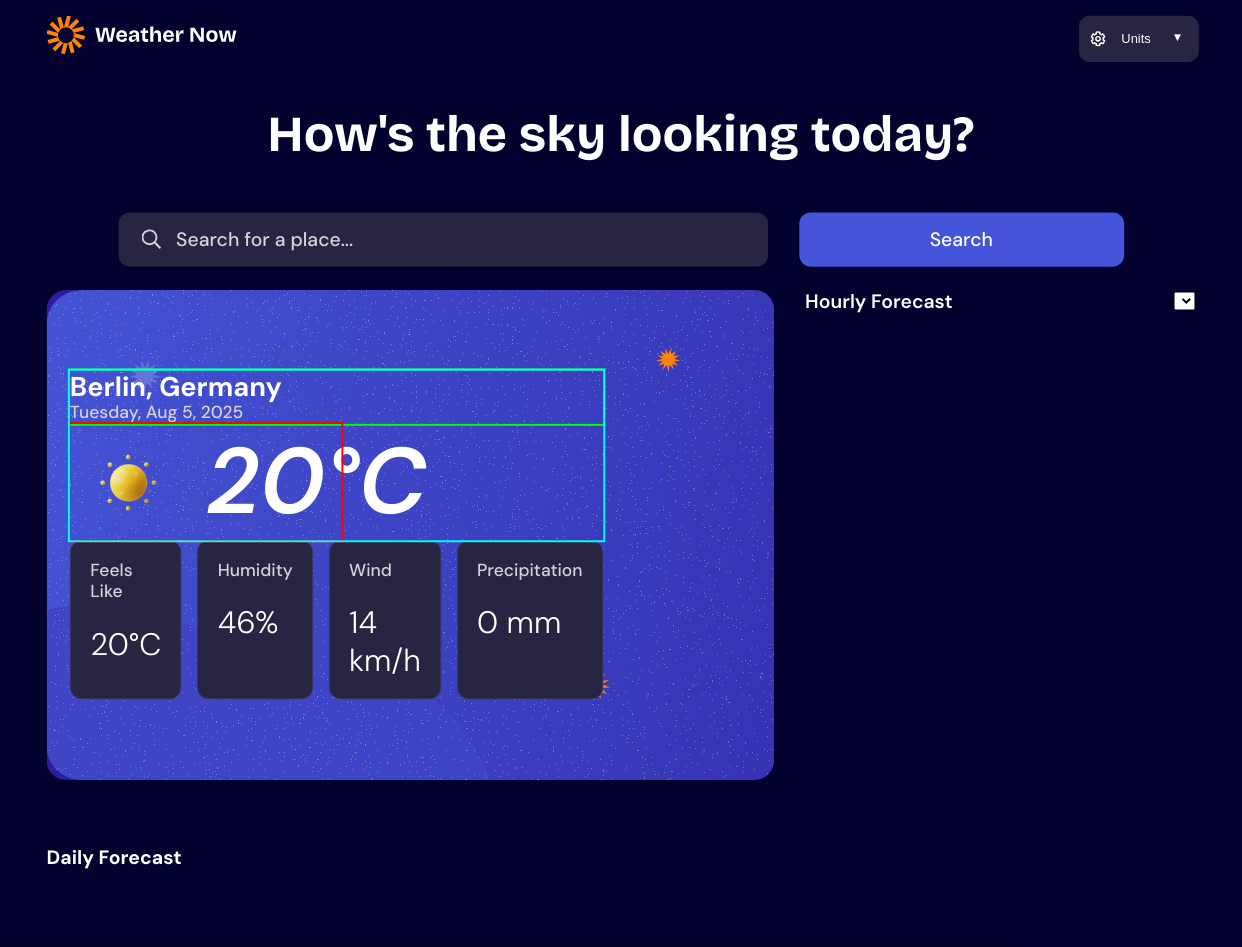
Repository: MKwaak/weather-app-main
Page: index.html
An editor plug-in stored every save of this project. The page is shown before and after the next save, followed by the edit.
The browser window is 1280 px wide. The pictures show the whole page, at 97% of full size.
The page's requests for data from a server got no answer.

Above is the page before, as saved 2026-01-29 00:28:59.

After the next save:
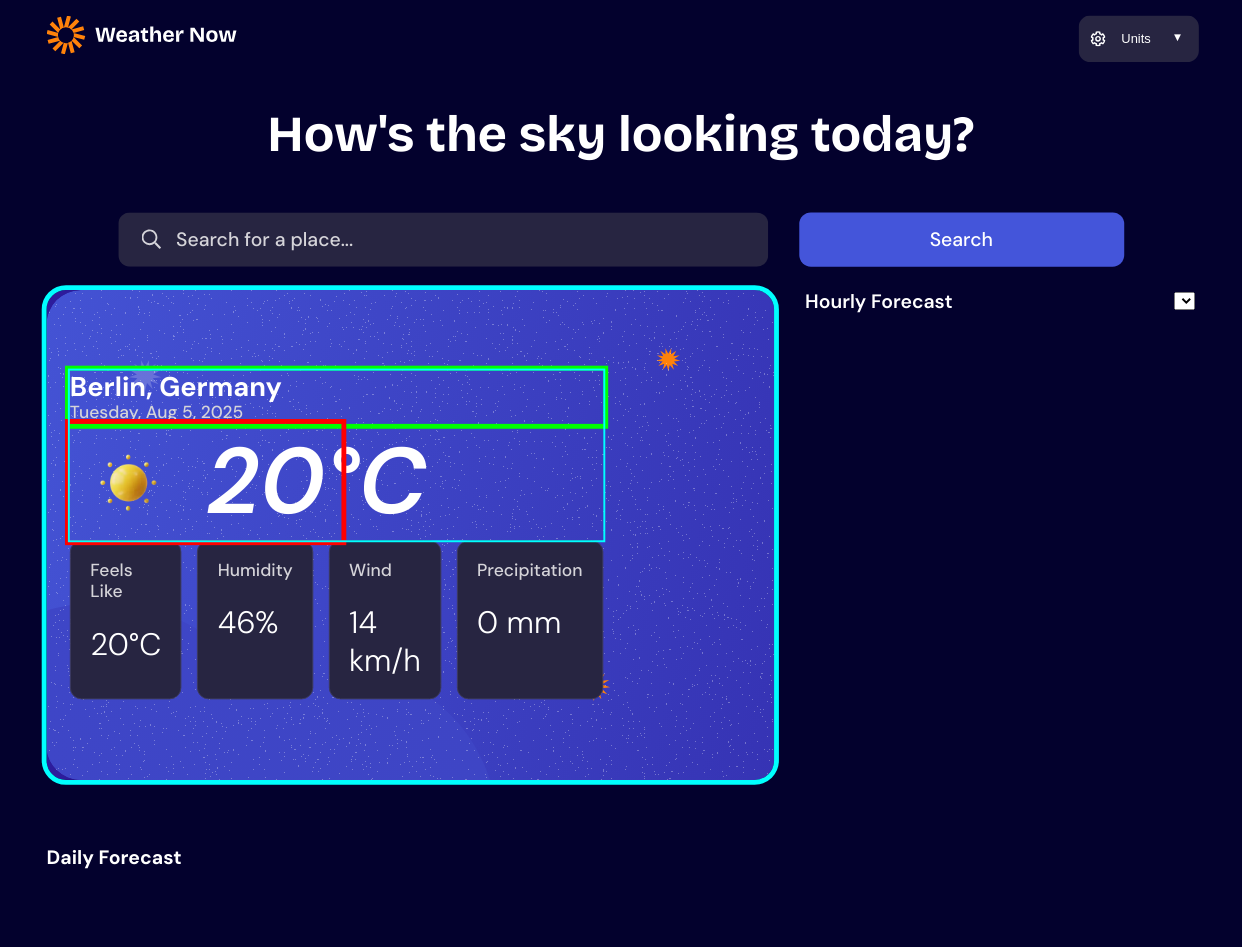
Saved 6 min 31 s later.
--- a/style.css
+++ b/style.css
@@ -410,6 +410,7 @@
 
     .current__weather {
       /* --- Standaard styles (Mobile First) --- */
+      outline: 5px solid cyan !important; /* Maak ze even lekker dik */
       display: flex;
       flex-direction: column;
       gap: 16px;
@@ -438,6 +439,7 @@
       }
 
       .current__location {
+        outline: 5px solid lime !important; /* Maak ze even lekker dik */
         min-width: 0; /* Voorkomt dat lange namen de bak oprekken */
         width: 100%; /* Dwingt de container op de grid-breedte */
         overflow: hidden; /* Voor de zekerheid */
@@ -472,6 +474,7 @@
 
     .current__info {
       /* Deze container zit nu in de kolom van 280px. */
+      outline: 5px solid red !important; /* Maak ze even lekker dik */
       display: flex;
       align-items: center;
       gap: 20px;
